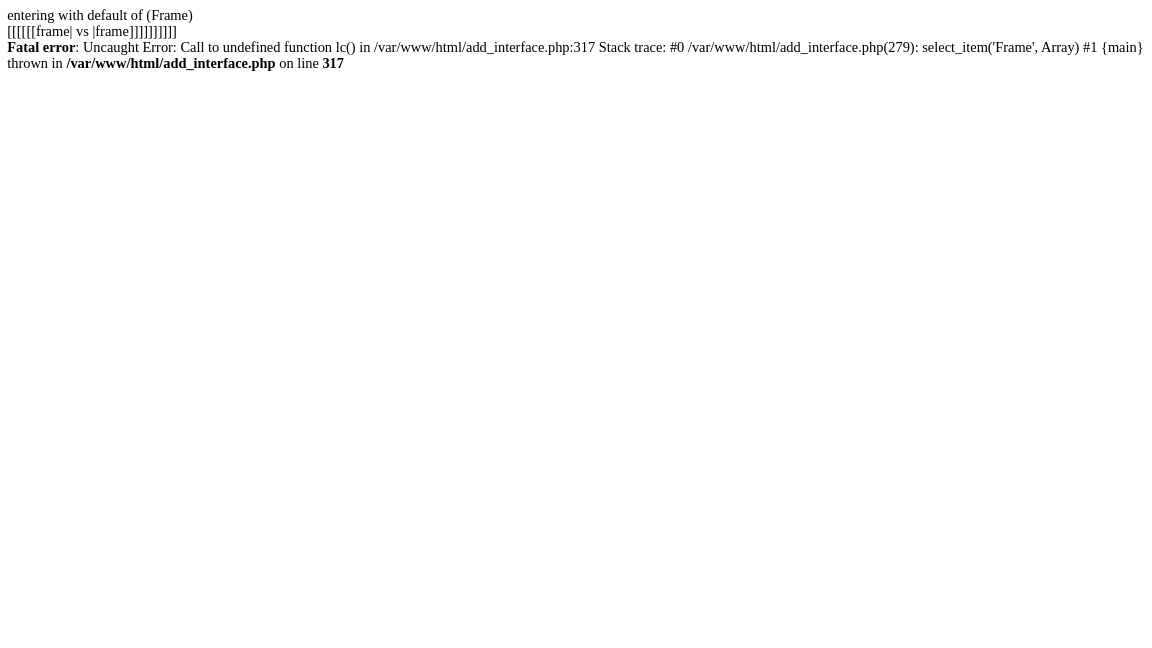
Repository: nevinleiby/SwapRC
Page: http://localhost/add_interface.php
The author's editor kept a copy of each file at every save. The page is drawn from the files as they stood at one save, then again after the next save.
The browser window is 1280 px wide. The pictures show the whole page, at 90% of full size.
The page is run by PHP 8.4 with error messages shown; the project is at /var/www/html/. Queries for data that is not in the repository find no rows.

Above is the page before, as saved 2019-09-09 12:06:52.

After the next save:
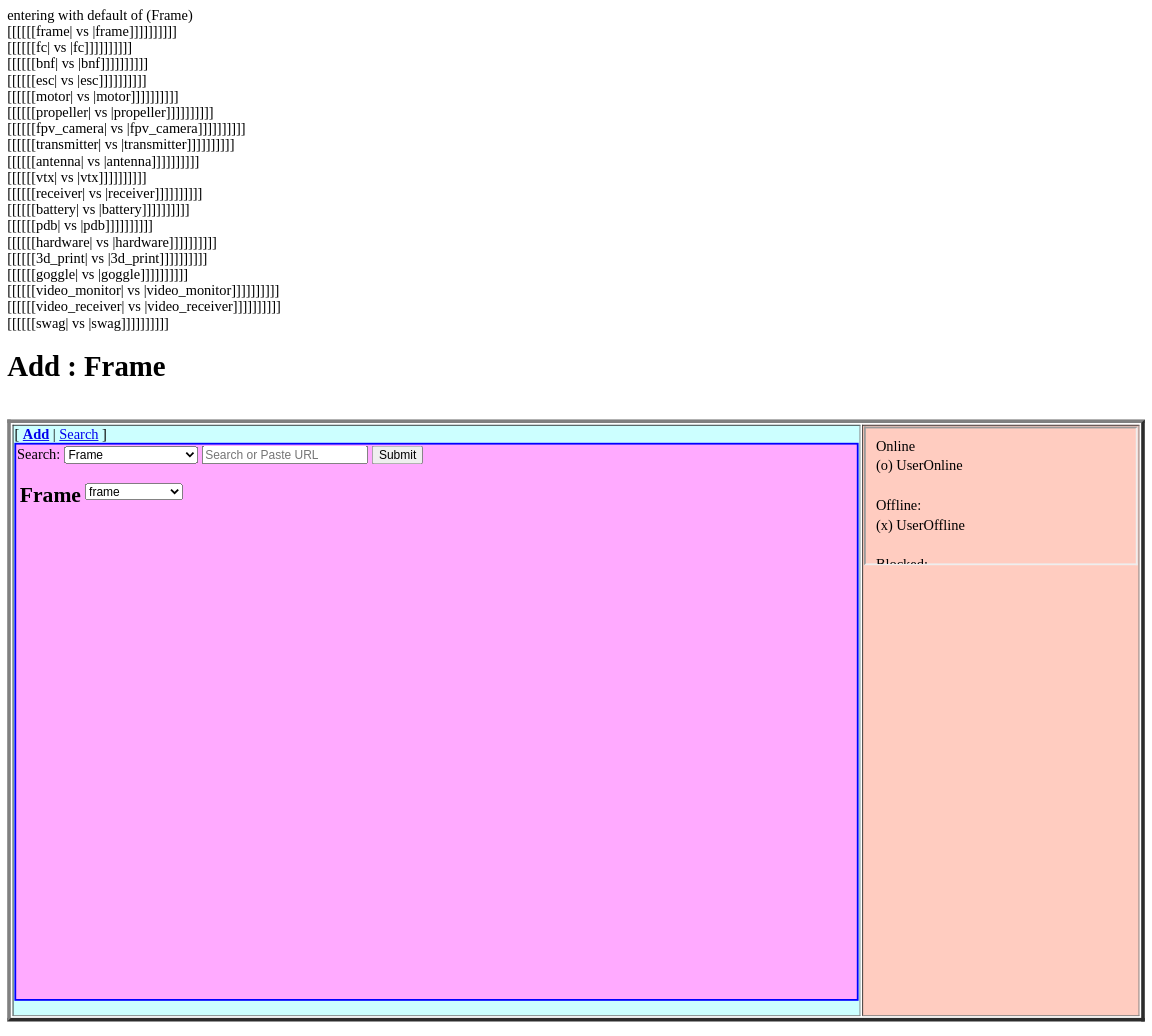
Console error (its wording comes from the project's code and is left out).
Saved 16 s later.
--- a/add_interface.php
+++ b/add_interface.php
@@ -314,7 +314,7 @@
 
                 $return_text .= '<option value = "' . $curr_category . '"';
 
-                if (lc($curr_category) == lc($category))
+                if ($curr_category == $category)
                 {
                     $return_text .= ' SELECTED ';
                     echo '<br>SELECTED ' . $curr_category . "<br>";
